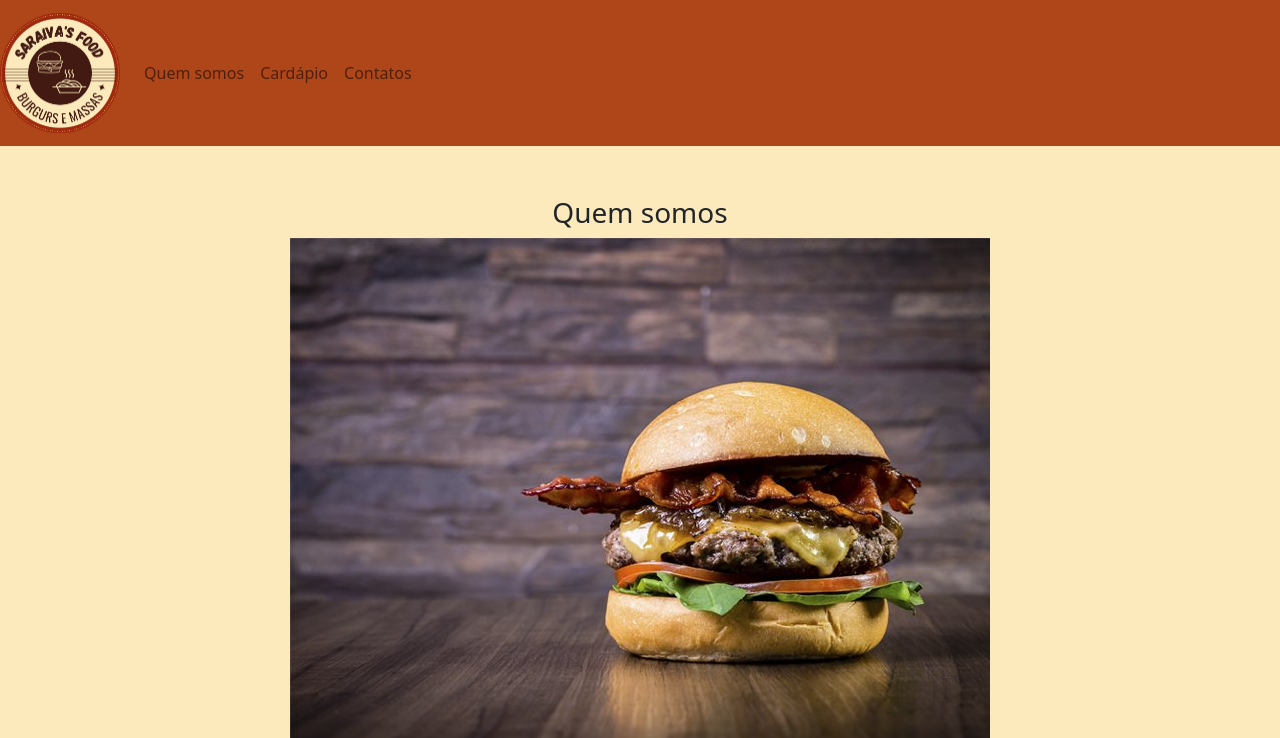
Repository: Tuanemendes/curso_bootstrap
Page: projeto1/index.html
An editor plug-in stored every save of this project. The page is shown before and after the next save, followed by the edit.
The browser window is 1280 px wide. The pictures show the whole page.

Above is the page before, as saved 2022-04-04 16:33:00.

### projeto1/index.html
<!DOCTYPE html>
<html lang="pt-br">

<head>
    <title>Saraiva's</title>
    <meta charset="utf-8">
     <link href="https://cdn.jsdelivr.net/npm/bootstrap@5.1.3/dist/css/bootstrap.min.css" rel="stylesheet" integrity="sha384-1BmE4kWBq78iYhFldvKuhfTAU6auU8tT94WrHftjDbrCEXSU1oBoqyl2QvZ6jIW3" crossorigin="anonymous">
        <link rel=" stylesheet" type="text/css" href="/css/style.css">
</head>

<body>
    <nav class="navbar navbar-expand-lg navbar-light">
        <a class="navbar-brand" href="#">
            <img src="/img/saraivasfood.png" alt="logo" width="120" height="120">
        </a>
        <div class="collapse navbar-collapse">
            <ul class="navbar-nav">
                <li class="nav-item">
                    <a class="nav-link " href="#"> Quem somos </a>
                </li>
                <li class="nav-item">
                    <a class="nav-link " href="#"> Cardápio </a>
                </li>
                <li class="nav-item">
                    <a class="nav-link " href="#"> Contatos </a>
                </li>
            </ul>
        </div>
    </nav>

    <section id="quemsomos">
        <div class="container-fluid quem-somos text-center margin">
            <h3>Quem somos</h3>
            <img src="/img/como-montar-uma-hamburgueria.jpg" alt="">
        </div>
    </section>
</body>

</html>

### css/style.css
.navbar{
    background-color: #ae4619;

}
.quem-somos{
    background-color: #fceabc;

}
.margin{
    padding-top:50px;

}

After the next save:
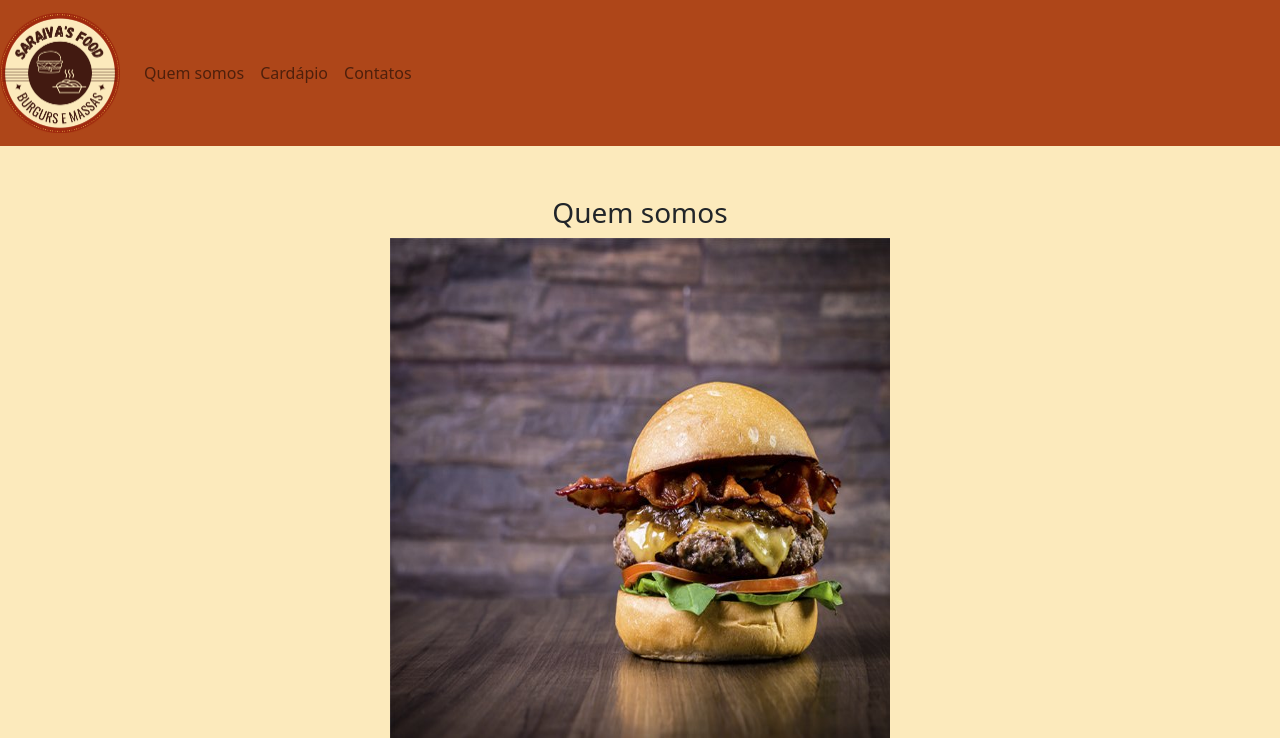
Saved 83 s later.
--- a/projeto1/index.html
+++ b/projeto1/index.html
@@ -31,7 +31,7 @@
     <section id="quemsomos">
         <div class="container-fluid quem-somos text-center margin">
             <h3>Quem somos</h3>
-            <img src="/img/como-montar-uma-hamburgueria.jpg" alt="">
+            <img src="/img/como-montar-uma-hamburgueria.jpg" alt="burgueria" width="500" height="500">
         </div>
     </section>
 </body>
